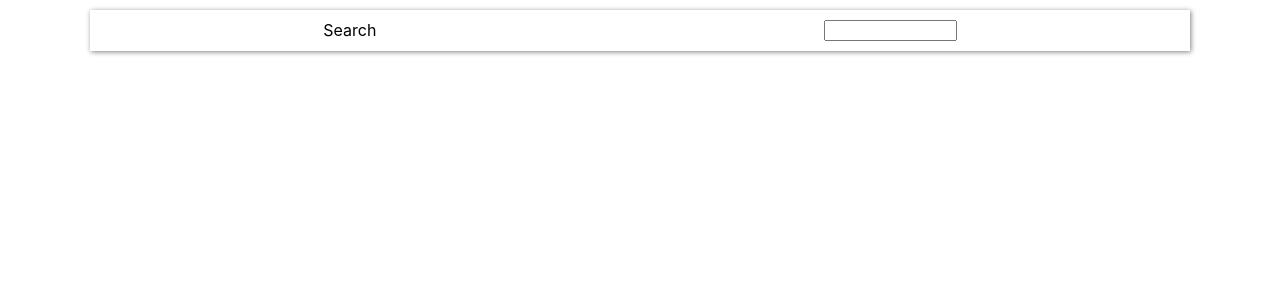
Repository: the-manohar/gallery
Page: /
An editor plug-in stored every save of this project. The page is shown before and after the next save, followed by the edit.
The browser window is 1280 px wide. The pictures show the whole page.
The project was rebuilt for these pictures with package versions that can differ from the ones it lists, and the page was loaded fresh each time.

Above is the page before, as saved 2020-06-18 22:27:44.

### src/App.js
import React, { useState } from "react";
import "./App.css";

function App() {
  const [value, setValue] = useState("");
  return (
    <div className="App">
      <div className="mydiv">
        <span>Search</span>
        <input
          style={{ width: 125 }}
          type="text"
          value={value}
          onChange={(event) => setValue(event.target.value)}
        />
      </div>
    </div>
  );
}

export default App;

### src/App.css
.App {
  text-align: center;
}
.mydiv {
  display: flex;
  justify-content: space-around;
  margin: 10px 7%;
  box-shadow: 1px 1px 5px grey;
  padding: 10px;
}

Loaded but not shown: public/index.html (common file); src/index.js (common file); src/index.css (common file); src/serviceWorker.js (common file)

After the next save:
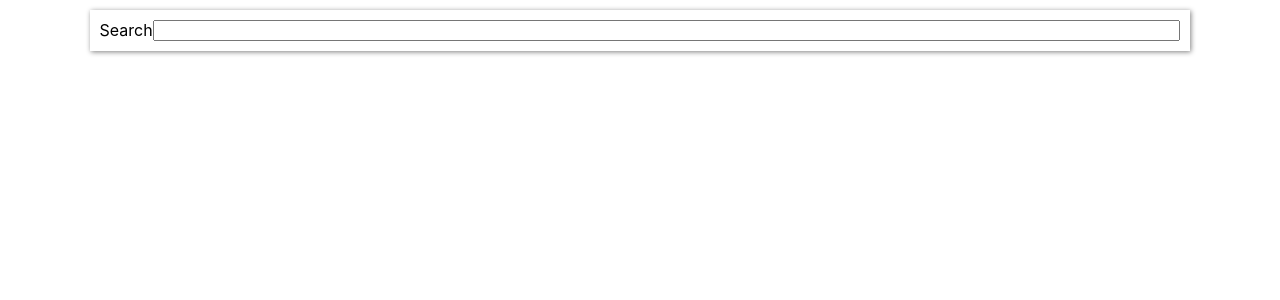
Saved 15 s later.
--- a/src/App.js
+++ b/src/App.js
@@ -8,7 +8,7 @@ function App() {
       <div className="mydiv">
         <span>Search</span>
         <input
-          style={{ width: 125 }}
+          style={{ width: "100%" }}
           type="text"
           value={value}
           onChange={(event) => setValue(event.target.value)}
